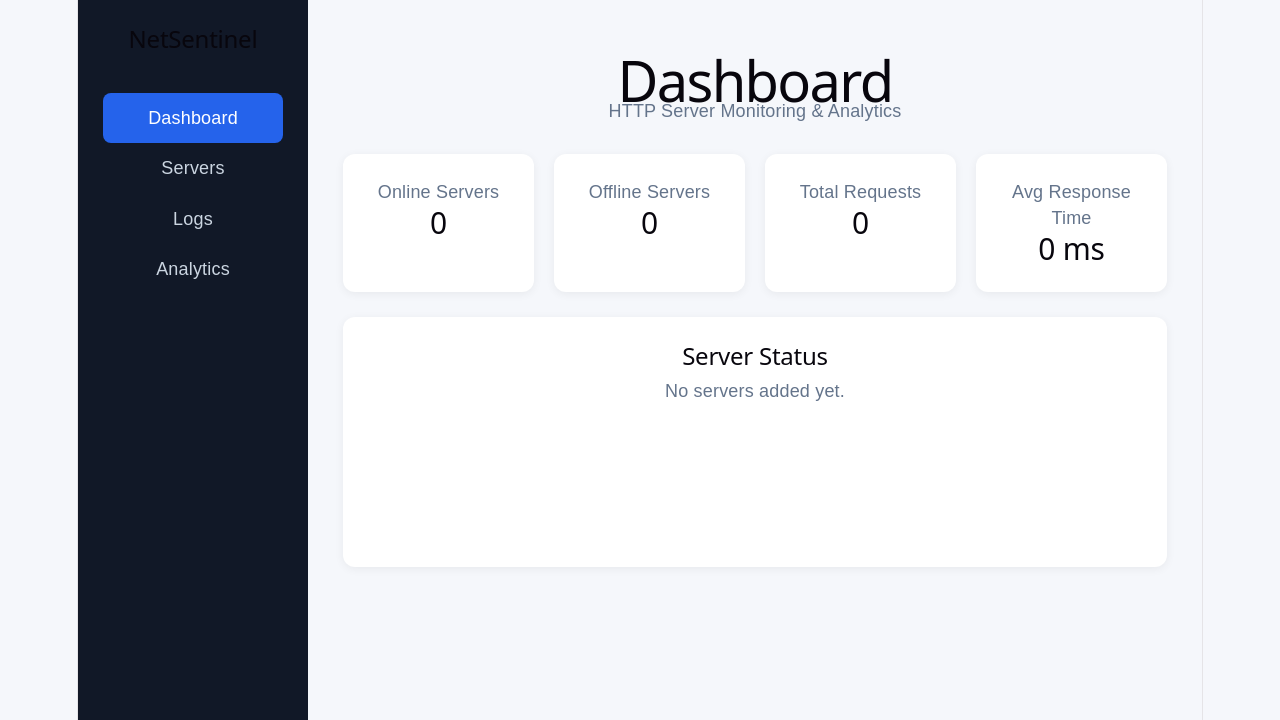
Repository: Aartigarg446/NetSentinel
Page: /
An editor plug-in stored every save of this project. The page is shown before and after the next save, followed by the edit.
The browser window is 1280 px wide. The pictures show the whole page.
The page's requests for data from a server got no answer. The project was rebuilt for these pictures with package versions that can differ from the ones it lists, and the page was loaded fresh each time. No one was signed in, and anything a server would have sent is missing. Also part of the build but not shown: vite.config.js.

Above is the page before, as saved 2026-09-20 20:27:16.

### index.html
<!doctype html>
<html lang="en">
  <head>
    <meta charset="UTF-8" />
    <link rel="icon" type="image/svg+xml" href="/favicon.svg" />
    <meta name="viewport" content="width=device-width, initial-scale=1.0" />
    <title>netsentinel</title>
  </head>
  <body>
    <div id="root"></div>
    <script type="module" src="/src/main.jsx"></script>
  </body>
</html>

### src/index.css
:root {
  --text: #6b6375;
  --text-h: #08060d;
  --bg: #fff;
  --border: #e5e4e7;
  --code-bg: #f4f3ec;
  --accent: #aa3bff;
  --accent-bg: rgba(170, 59, 255, 0.1);
  --accent-border: rgba(170, 59, 255, 0.5);
  --social-bg: rgba(244, 243, 236, 0.5);
  --shadow:
    rgba(0, 0, 0, 0.1) 0 10px 15px -3px, rgba(0, 0, 0, 0.05) 0 4px 6px -2px;

  --sans: system-ui, 'Segoe UI', Roboto, sans-serif;
  --heading: system-ui, 'Segoe UI', Roboto, sans-serif;
  --mono: ui-monospace, Consolas, monospace;

  font: 18px/145% var(--sans);
  letter-spacing: 0.18px;
  color-scheme: light dark;
  color: var(--text);
  background: var(--bg);
  font-synthesis: none;
  text-rendering: optimizeLegibility;
  -webkit-font-smoothing: antialiased;
  -moz-osx-font-smoothing: grayscale;

  @media (max-width: 1024px) {
    font-size: 16px;
  }
}

@media (prefers-color-scheme: dark) {
  :root {
    --text: #9ca3af;
    --text-h: #f3f4f6;
    --bg: #16171d;
    --border: #2e303a;
    --code-bg: #1f2028;
    --accent: #c084fc;
    --accent-bg: rgba(192, 132, 252, 0.15);
    --accent-border: rgba(192, 132, 252, 0.5);
    --social-bg: rgba(47, 48, 58, 0.5);
    --shadow:
      rgba(0, 0, 0, 0.4) 0 10px 15px -3px, rgba(0, 0, 0, 0.25) 0 4px 6px -2px;
  }

  #social .button-icon {
    filter: invert(1) brightness(2);
  }
}

body {
  margin: 0;
}

#root {
  width: 1126px;
  max-width: 100%;
  margin: 0 auto;
  text-align: center;
  border-inline: 1px solid var(--border);
  min-height: 100svh;
  display: flex;
  flex-direction: column;
  box-sizing: border-box;
}

h1,
h2 {
  font-family: var(--heading);
  font-weight: 500;
  color: var(--text-h);
}

h1 {
  font-size: 56px;
  letter-spacing: -1.68px;
  margin: 32px 0;
  @media (max-width: 1024px) {
    font-size: 36px;
    margin: 20px 0;
  }
}
h2 {
  font-size: 24px;
  line-height: 118%;
  letter-spacing: -0.24px;
  margin: 0 0 8px;
  @media (max-width: 1024px) {
    font-size: 20px;
  }
}
p {
  margin: 0;
}

code,
.counter {
  font-family: var(--mono);
  display: inline-flex;
  border-radius: 4px;
  color: var(--text-h);
}

code {
  font-size: 15px;
  line-height: 135%;
  padding: 4px 8px;
  background: var(--code-bg);
}

### src/App.jsx
import axios from "axios";
import { useEffect, useState } from "react";
import "./App.css";

function App() {
  const [servers, setServers] = useState([]);
  const [logs, setLogs] = useState([]);

useEffect(() => {
  axios.get("http://localhost:5000/api/servers")
    .then((response) => {
      setServers(response.data);
    })
    .catch((error) => {
      console.error("Failed to fetch servers:", error);
    });
    axios.get("http://localhost:5000/api/logs")
  .then((response) => {
    setLogs(response.data);
  })
  .catch((error) => {
    console.error("Failed to fetch logs:", error);
  });
}, []);
  return (
    <div className="app">
      <aside className="sidebar">
        <h2>NetSentinel</h2>

        <nav>
          <p className="active">Dashboard</p>
          <p>Servers</p>
          <p>Logs</p>
          <p>Analytics</p>
        </nav>
      </aside>

      <main className="main">
        <header>
          <h1>Dashboard</h1>
          <p>HTTP Server Monitoring & Analytics</p>
        </header>

        <section className="cards">
          <div className="card">
            <span>Online Servers</span>
            <h2>0</h2>
          </div>

          <div className="card">
            <span>Offline Servers</span>
            <h2>0</h2>
          </div>

          <div className="card">
            <span>Total Requests</span>
            <h2>0</h2>
          </div>

          <div className="card">
            <span>Avg Response Time</span>
            <h2>0 ms</h2>
          </div>
        </section>

        <section className="panel">
  <h2>Server Status</h2>

  {servers.length === 0 ? (
    <p>No servers added yet.</p>
  ) : (
    servers.map((server) => (
      <div key={server.id}>
        <h3>{server.name}</h3>
        <p>{server.url}</p>
      </div>
    ))
  )}
</section>
      </main>
    </div>
  );
}

export default App;

### src/App.css
* {
  box-sizing: border-box;
}

body {
  margin: 0;
  font-family: Arial, sans-serif;
  background: #f5f7fb;
}

.app {
  display: flex;
  min-height: 100vh;
}

.sidebar {
  width: 230px;
  background: #111827;
  color: white;
  padding: 25px;
}

.sidebar h2 {
  margin-bottom: 40px;
}

.sidebar p {
  padding: 12px;
  border-radius: 8px;
  color: #cbd5e1;
}

.sidebar .active {
  background: #2563eb;
  color: white;
}

.main {
  flex: 1;
  padding: 35px;
}

header h1 {
  margin-bottom: 5px;
}

header p {
  color: #64748b;
}

.cards {
  display: grid;
  grid-template-columns: repeat(4, 1fr);
  gap: 20px;
  margin-top: 30px;
}

.card,
.panel {
  background: white;
  padding: 25px;
  border-radius: 12px;
  box-shadow: 0 2px 10px rgba(0, 0, 0, 0.06);
}

.card span {
  color: #64748b;
}

.card h2 {
  font-size: 30px;
  margin-bottom: 0;
}

.panel {
  margin-top: 25px;
  min-height: 250px;
}

.panel p {
  color: #64748b;
}

Loaded but not shown: src/main.jsx (common file)

After the next save:
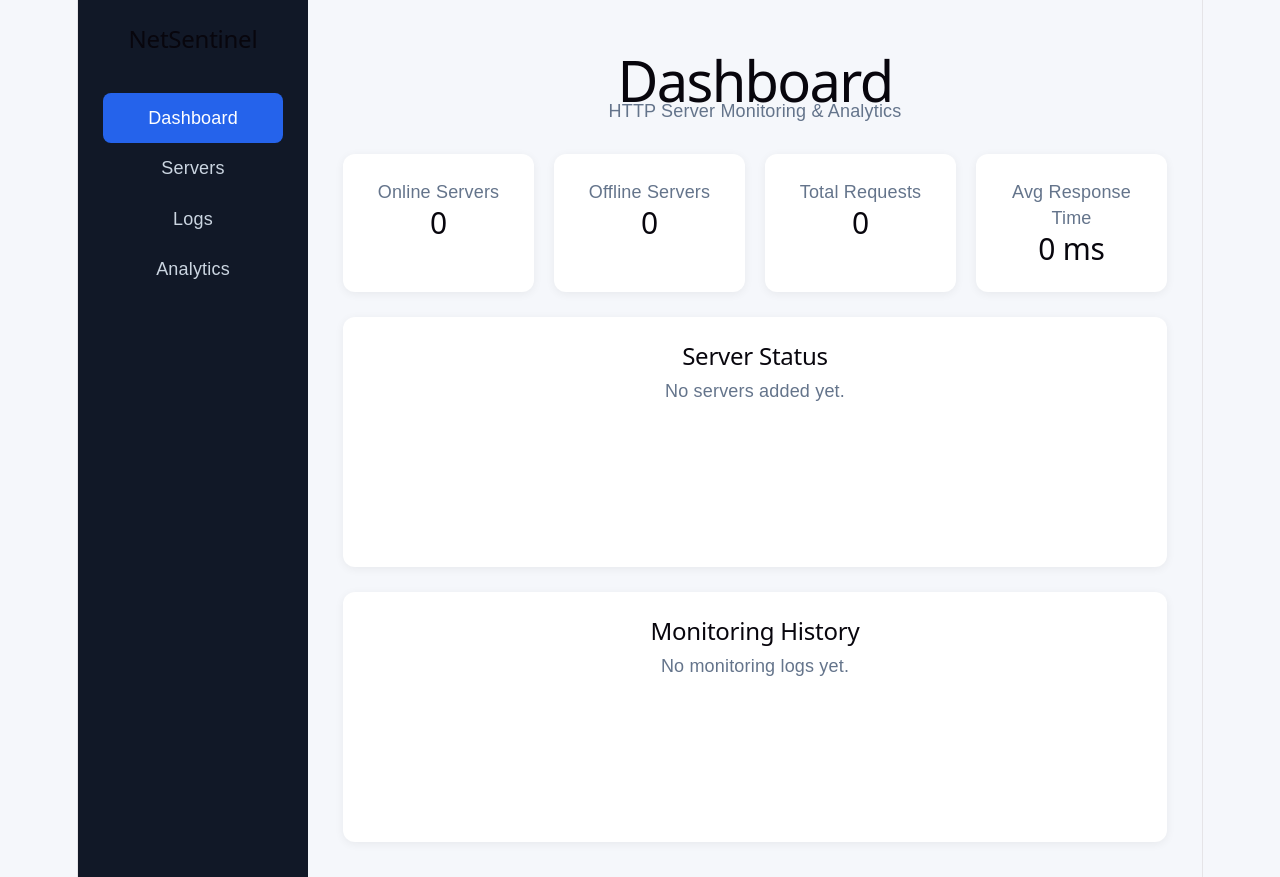
Saved 2 min 32 s later.
--- a/src/App.jsx
+++ b/src/App.jsx
@@ -77,6 +77,22 @@ useEffect(() => {
     ))
   )}
 </section>
+<section className="panel">
+  <h2>Monitoring History</h2>
+
+  {logs.length === 0 ? (
+    <p>No monitoring logs yet.</p>
+  ) : (
+    logs.map((log) => (
+      <div key={log.id}>
+        <h3>{log.name}</h3>
+        <p>Status: {log.status}</p>
+        <p>HTTP Status: {log.status_code}</p>
+        <p>Response Time: {log.response_time} ms</p>
+      </div>
+    ))
+  )}
+</section>
       </main>
     </div>
   );
